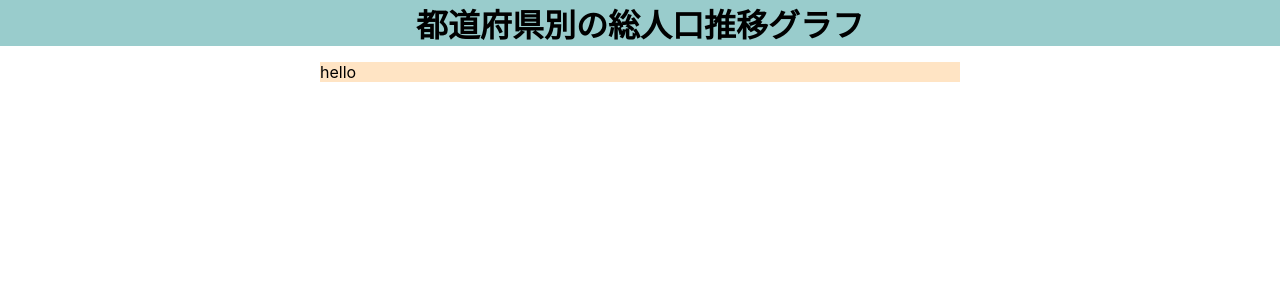
Repository: shisyamoCat/reqriutment-test
Page: /
An editor plug-in stored every save of this project. The page is shown before and after the next save, followed by the edit.
The browser window is 1280 px wide. The pictures show the whole page.
The page's requests for data from a server got no answer. The project was rebuilt for these pictures with package versions that can differ from the ones it lists, and the page was loaded fresh each time. No one was signed in, and anything a server would have sent is missing. Also part of the build but not shown: src/components/Pref.jsx.

Above is the page before, as saved 2022-07-06 15:40:26.

After the next save:
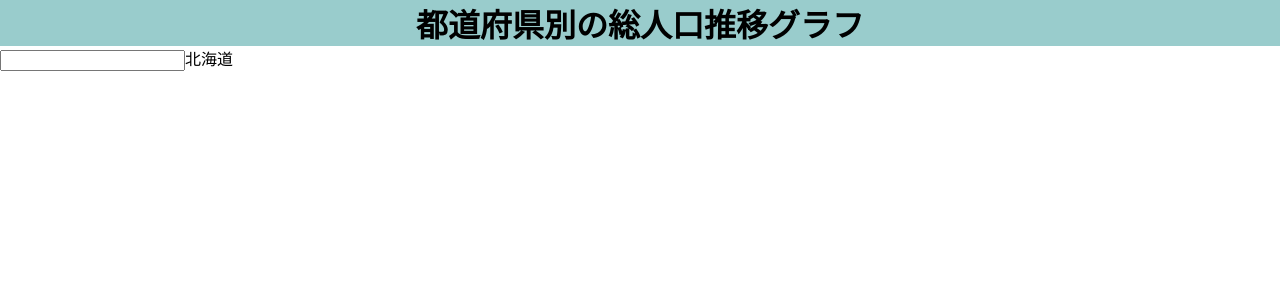
Saved 22 min 48 s later.
--- a/src/App.js
+++ b/src/App.js
@@ -48,7 +48,9 @@ const App = () => {
             </header>
 
             <main>
-                <PrefLists prefData={prefData} selected={isSelected}/>
+                <input id='check'/>
+                <label htmlFor="check">北海道</label>
+                {/* <PrefLists prefData={prefData} selected={isSelected}/> */}
                 {/* <HighchartsReact Highcharts={highcharts} options={options} /> */}
             </main>
         </div>
